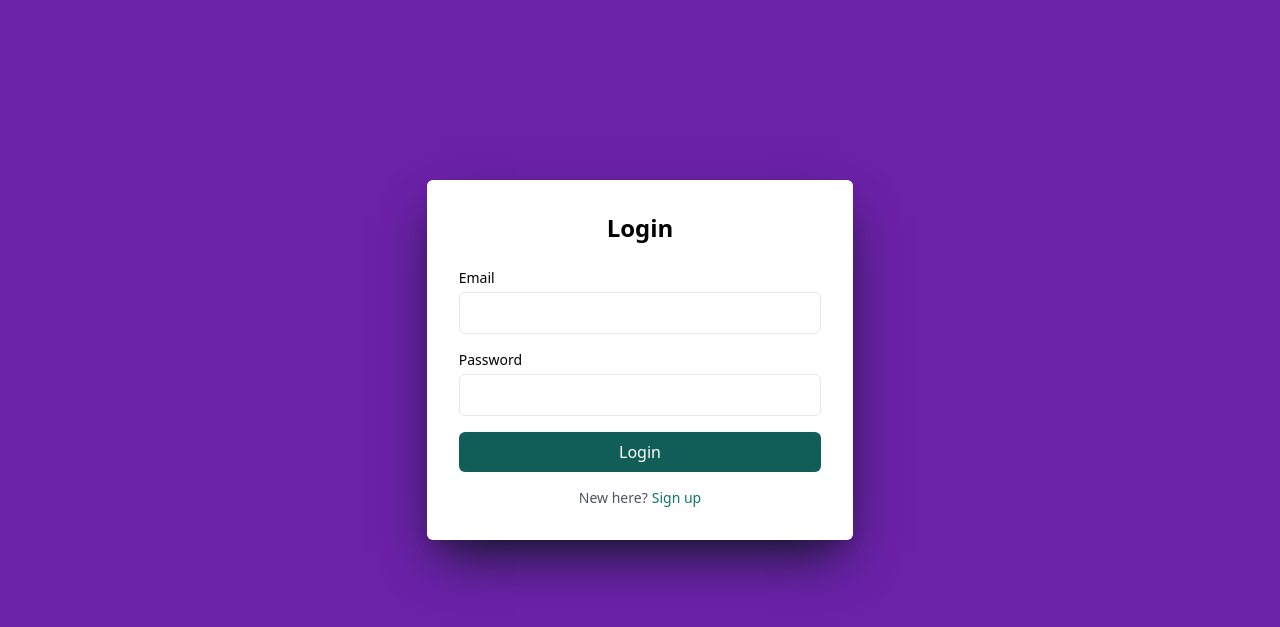
Repository: alizey12/POS-React-website
Page: /
An editor plug-in stored every save of this project. The page is shown before and after the next save, followed by the edit.
The browser window is 1280 px wide. The pictures show the whole page.
The project was rebuilt for these pictures with package versions that can differ from the ones it lists, and the page was loaded fresh each time. Also part of the build but not shown: vite.config.js, src/navbar.jsx, src/sidebar.jsx, src/Dashboard.jsx.

Above is the page before, as saved 2024-12-31 15:38:32.

After the next save:
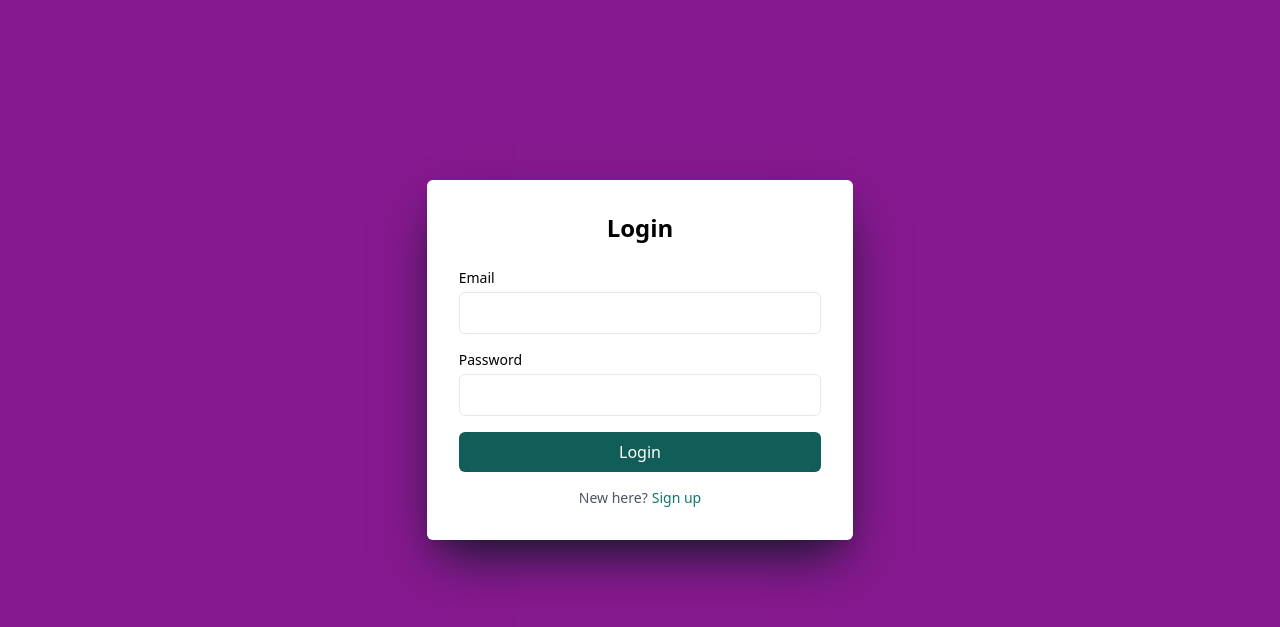
Saved 10 s later.
--- a/src/login.jsx
+++ b/src/login.jsx
@@ -53,7 +53,7 @@ const SignupLogin = () => {
   };
 
   return (
-    <div className="flex items-center justify-center min-h-screen  bg-purple-800 to-yellow-500">
+    <div className="flex items-center justify-center min-h-screen  bg-fuchsia-800 to-yellow-500">
       <div className=" bg-white w-1/3 shadow-lg rounded-lg">
 
         <div className="w-full bg-white rounded-md shadow-gray-900 shadow-2xl p-8 justify-center">
